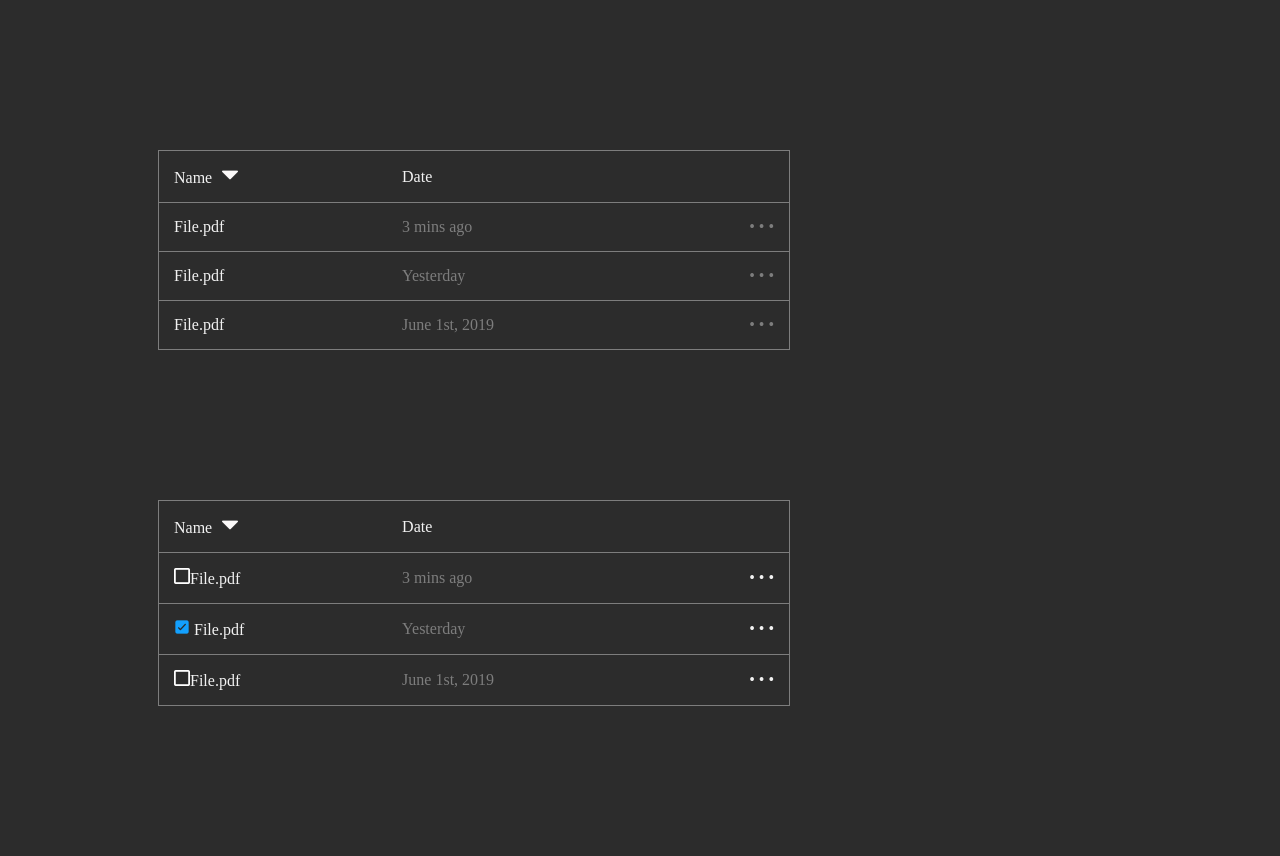
Repository: batonAnton/Hw5-table
Page: index.html
The author's editor kept a copy of each file at every save. The page is drawn from the files as they stood at one save, then again after the next save.
The browser window is 1280 px wide. The pictures show the whole page.

Above is the page before, as saved 2022-06-13 19:02:28.

After the next save:
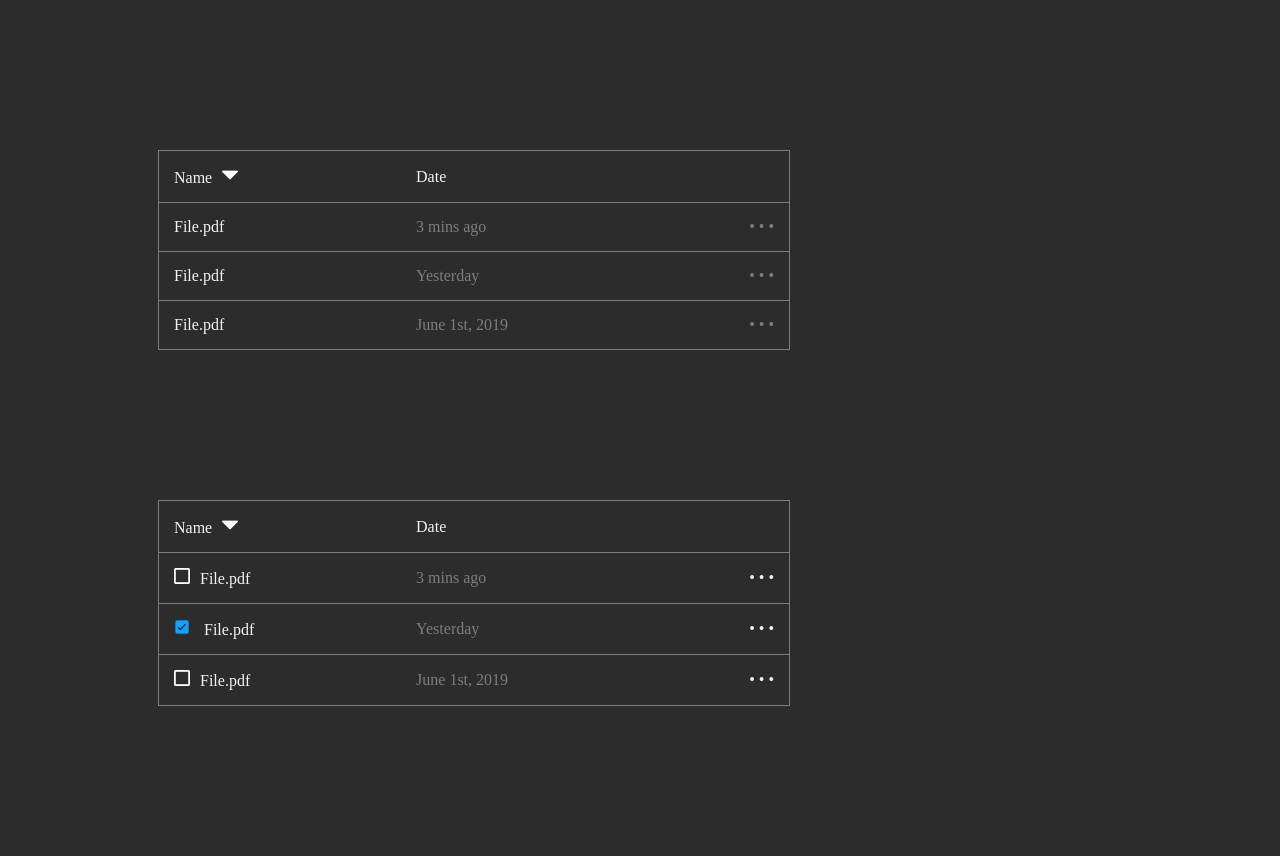
Saved 16 h 19 min later.
--- a/css/style.css
+++ b/css/style.css
@@ -3,32 +3,36 @@ body {
   color: rgb(242, 242, 242);
 }
 
-table{
-    border: 1px solid rgb(125,125,125);
-    margin: 150px;
-    width: 50%;
-    border-collapse: collapse;
+table {
+  border: 1px solid rgb(125, 125, 125);
+  margin: 150px;
+  width: 50%;
+  border-collapse: collapse;
   border-spacing: 0;
 }
 
-td{
-    border-bottom: 1px solid rgb(125,125,125);
-    padding: 15px;
+td {
+  border-bottom: 1px solid rgb(125, 125, 125);
+  padding: 15px;
 }
 
-.right-dot{
+.right-dot {
   text-align: right;
 }
 
-button{
+button {
   background-color: rgb(44, 44, 44);
   border: none;
 }
 
-.gray-color{
-  color:rgb(125,125,125);
+.gray-color {
+  color: rgb(125, 125, 125);
 }
 
-.white-dot{
+.white-dot {
   color: rgb(242, 242, 242);
 }
+
+table img {
+  margin-right: 10px;
+}
